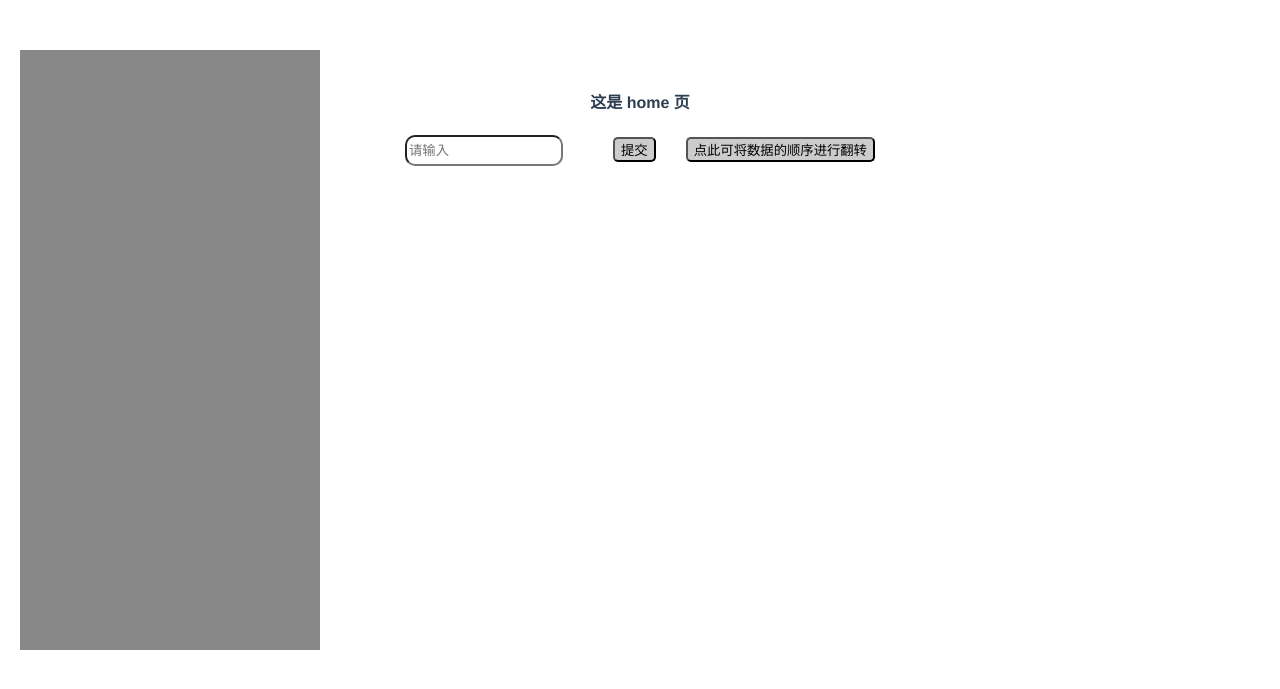
Repository: z-xy-git/demofirst
Page: /
The author's editor kept a copy of each file at every save. The page is drawn from the files as they stood at one save, then again after the next save.
The browser window is 1280 px wide. The pictures show the whole page.
The project was rebuilt for these pictures with package versions that can differ from the ones it lists, and the page was loaded fresh each time.

Above is the page before, as saved 2021-02-25 11:40:51.

After the next save:
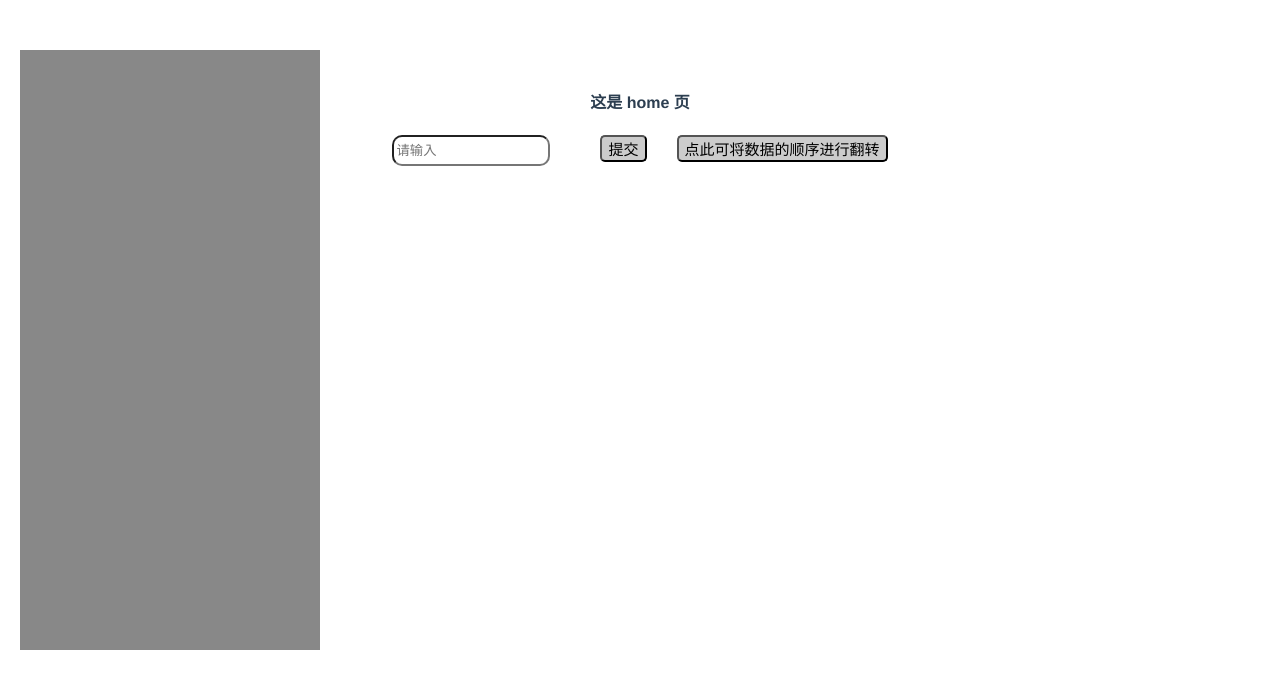
Saved 11 s later.
--- a/src/views/Home.vue
+++ b/src/views/Home.vue
@@ -49,7 +49,7 @@ export default {
     outline: none;
     border-radius: 5px;
     background-color: #ccc;
-    font-size: 15;
+    font-size: 15px;
   }
   .show-data{
     position: absolute;
